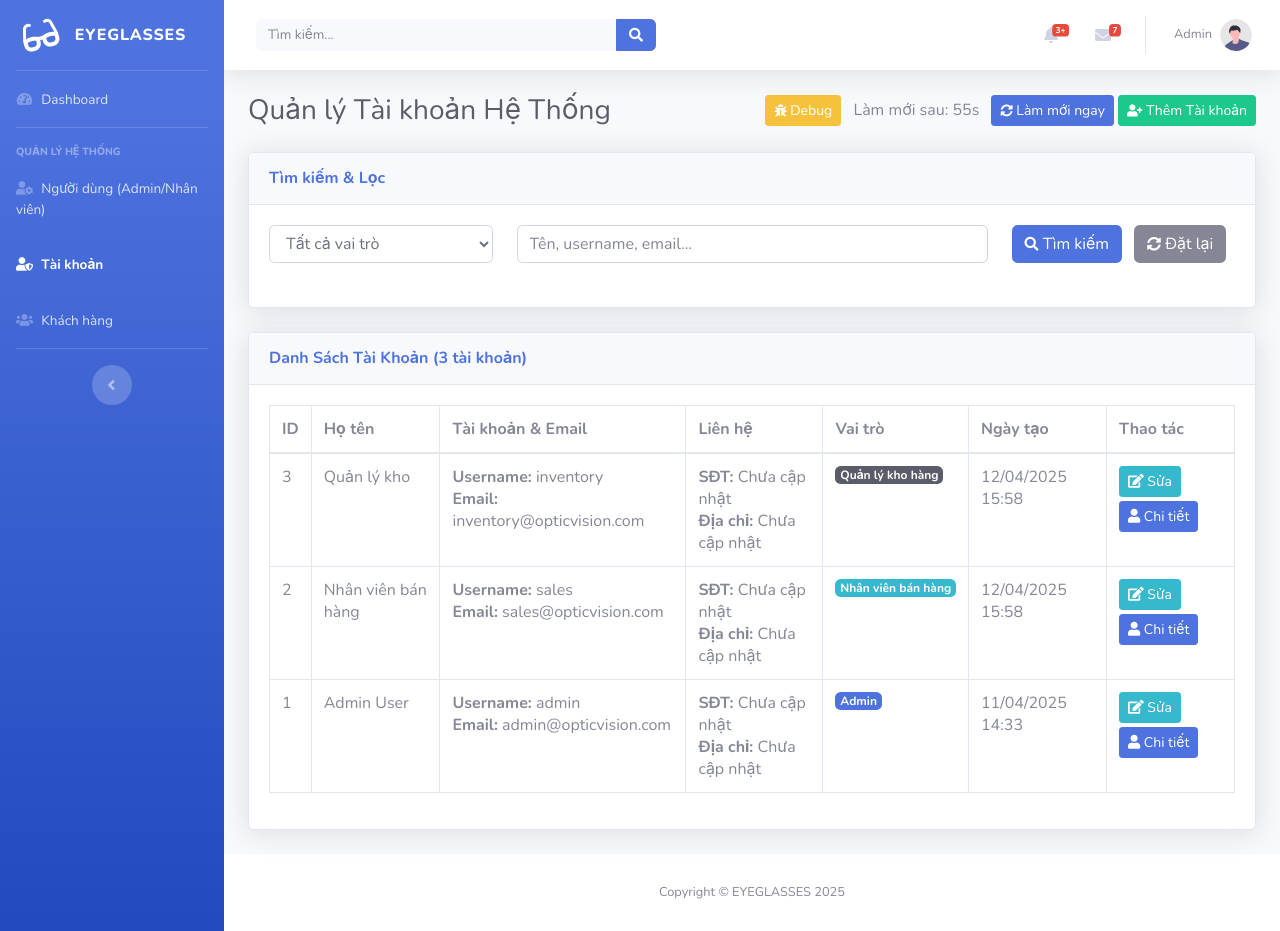
Repository: Giau-svg/glasses-store
Page: http://localhost/admin/accounts/index.php
These files come from the project's save history. The page is drawn as it stood at one moment and after the next save; the edit follows.
The browser window is 1280 px wide. The pictures show the whole page.
The page is run by PHP 8.4 with error messages shown; the project is at /var/www/html/. The session is filled in as if someone had signed in: {"staff_user_id": 1, "staff_name": "admin", "staff_role": 1, "customer_id": 1, "customer_name": "admin", "admin_user_id": 1, "admin_name": "admin", "admin_full_name": "admin", "admin_role": "admin", "admin_level": 1}. The database holds what the project's SQL file puts in it.

Above is the page before, as saved 2025-05-08 15:40:35.

After the next save:
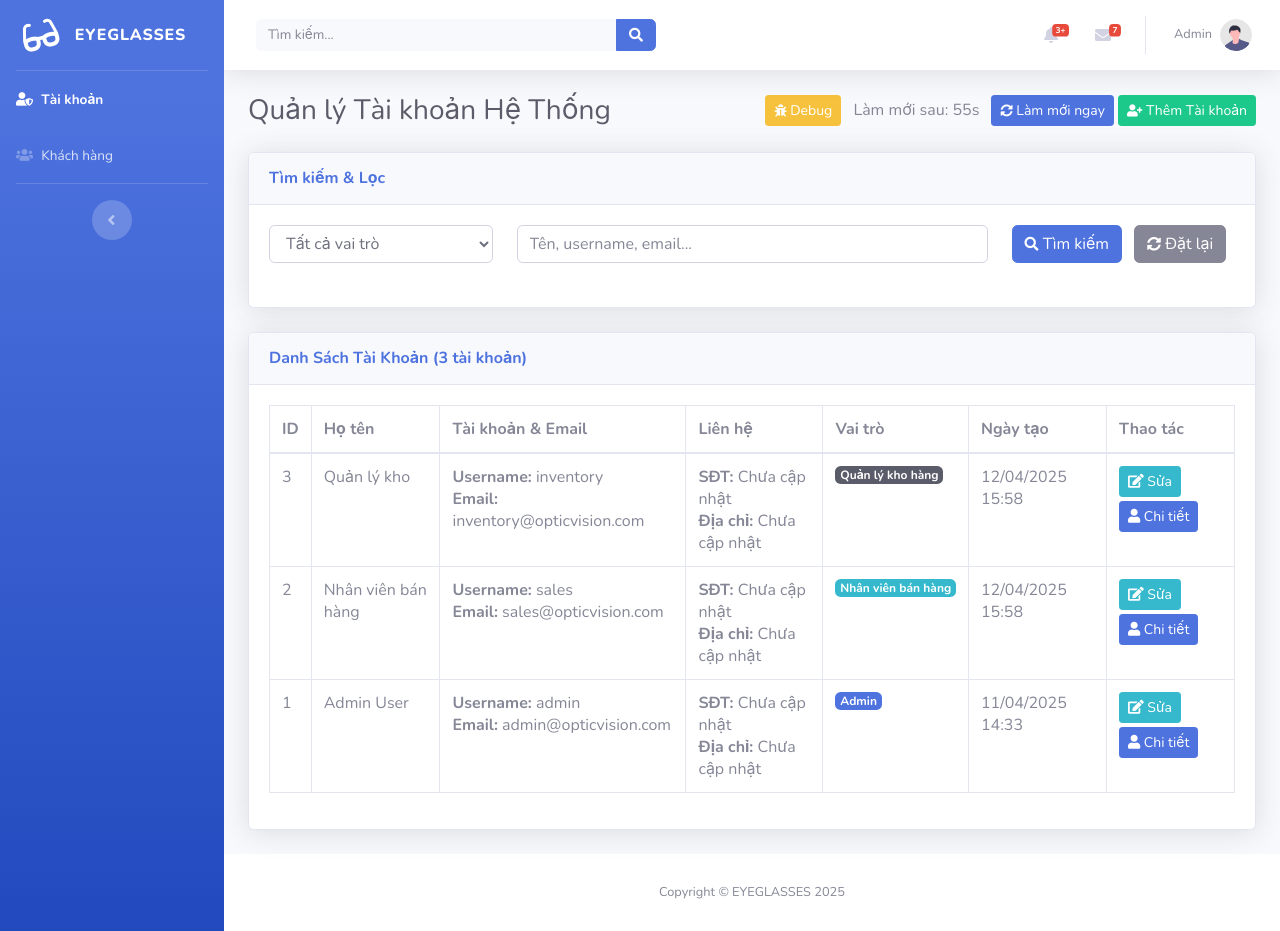
Saved 2 min 0 s later.
--- a/admin/partials/sidebar.php
+++ b/admin/partials/sidebar.php
@@ -17,7 +17,7 @@
 <ul class="navbar-nav bg-gradient-primary sidebar sidebar-dark accordion" id="accordionSidebar">
 
     <!-- Sidebar - Brand -->
-    <a class="sidebar-brand d-flex align-items-center justify-content-center" href="../dashboard/index.php">
+    <a class="sidebar-brand d-flex align-items-center justify-content-center" href="#">
         <div class="sidebar-brand-icon rotate-n-15">
             <i class="fas fa-glasses"></i>
         </div>
@@ -26,30 +26,6 @@
 
     <!-- Divider -->
     <hr class="sidebar-divider my-0">
-
-    <!-- Nav Item - Dashboard -->
-    <li class="nav-item <?php echo $is_dashboard ? 'active' : ''; ?>">
-        <a class="nav-link" href="../dashboard/index.php">
-            <i class="fas fa-fw fa-tachometer-alt"></i>
-            <span>Dashboard</span>
-        </a>
-    </li>
-
-    <!-- Divider -->
-    <hr class="sidebar-divider">
-
-    <!-- Heading -->
-    <div class="sidebar-heading">
-        Quản lý hệ thống
-    </div>
-
-    <!-- Nav Item - Users -->
-    <li class="nav-item <?php echo $is_users ? 'active' : ''; ?>">
-        <a class="nav-link" href="../users/index.php">
-            <i class="fas fa-fw fa-user-cog"></i>
-            <span>Người dùng (Admin/Nhân viên)</span>
-        </a>
-    </li>
 
     <!-- Nav Item - Accounts -->
     <li class="nav-item <?php echo $is_accounts ? 'active' : ''; ?>">
